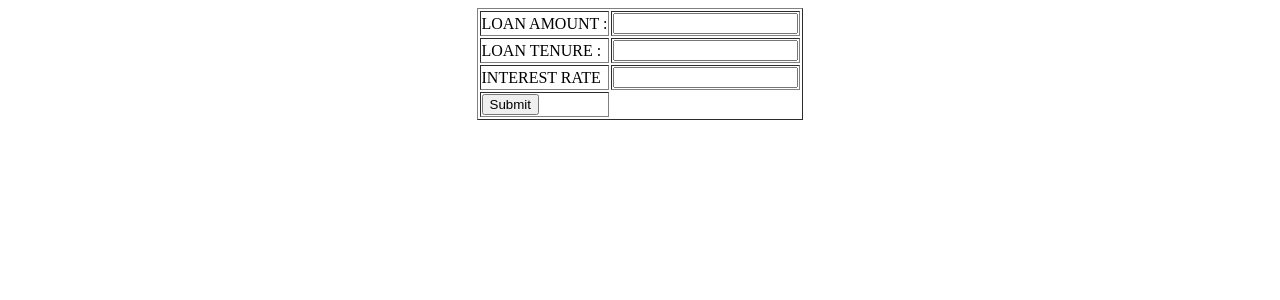
Repository: MayuriShinde124/Mayuri_20136571
Page: Question3/src/main/webapp/Calculator.html
These files come from the project's save history. The page is drawn as it stood at one moment and after the next save; the edit follows.
The browser window is 1280 px wide. The pictures show the whole page.

Above is the page before, as saved 2023-07-11 07:43:53.

### Question3/src/main/webapp/Calculator.html
<!DOCTYPE html>
<html>
<head>
<meta charset="ISO-8859-1">
<title>Insert title here</title>
</head>
<body>
<form action="Calcuate.jsp">

<table border="1" style="margin-left: auto;
  margin-right: auto;">
<tr>
<td>
LOAN AMOUNT :
</td><td><input type="text" name="amount"></td>
<tr>
<td>
LOAN TENURE :</td><td><input type="text" name="tenure"></td>
<tr>
<td>
INTEREST RATE</td><td><input type="text" name="rate"></td></tr>

<tr><td>
<input type="submit" name="Calculate">
</td>
</tr>
</table>


</form>

</body>
</html>

After the next save:
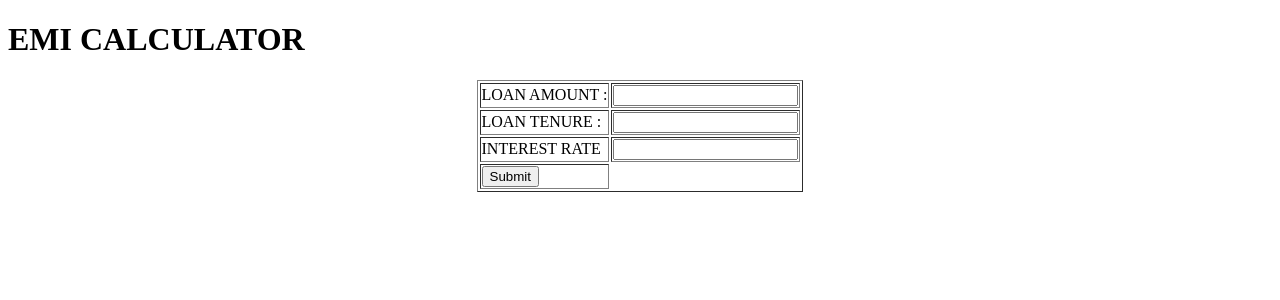
Saved 43 s later.
--- a/Question3/src/main/webapp/Calculator.html
+++ b/Question3/src/main/webapp/Calculator.html
@@ -9,8 +9,12 @@
 
 <table border="1" style="margin-left: auto;
   margin-right: auto;">
+
+
+  <h1>EMI CALCULATOR</h1>
 <tr>
 <td>
+
 LOAN AMOUNT :
 </td><td><input type="text" name="amount"></td>
 <tr>
